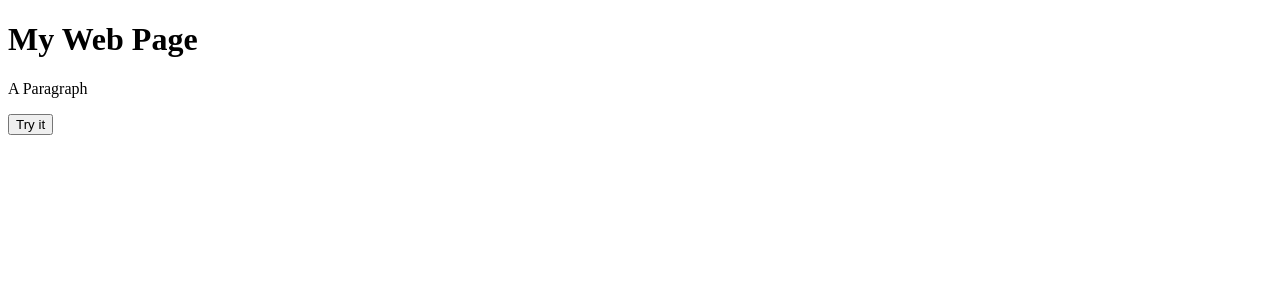
Repository: feefifofannie/SapientNitroTraining
Page: WebProject/WebContent/FormDemo.html
An editor plug-in stored every save of this project. The page is shown before and after the next save, followed by the edit.
The browser window is 1280 px wide. The pictures show the whole page.

Above is the page before, as saved 2015-09-10 09:01:35.

### WebProject/WebContent/FormDemo.html
<!DOCTYPE html>
<html>
<head>
<script>
function myFunction() {
    document.getElementById("demo").innerHTML = "Paragraph changed.";
}
</script>
</head>

<body>

<h1>My Web Page</h1>

<p id="demo">A Paragraph</p>

<button type="button" onclick="myFunction()">Try it</button>

</body>
</html>

After the next save:
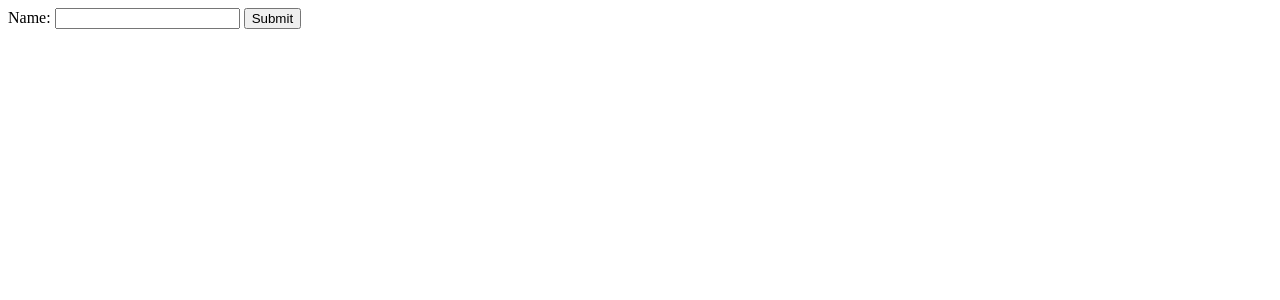
Saved 50 min 12 s later.
--- a/WebProject/WebContent/FormDemo.html
+++ b/WebProject/WebContent/FormDemo.html
@@ -2,19 +2,22 @@
 <html>
 <head>
 <script>
-function myFunction() {
-    document.getElementById("demo").innerHTML = "Paragraph changed.";
+function validateForm() {
+    var x = document.forms["myForm"]["fname"].value;
+    if (x == null || x == "") {
+        alert("Name must be filled out");
+        return false;
+    }
 }
 </script>
 </head>
-
 <body>
 
-<h1>My Web Page</h1>
-
-<p id="demo">A Paragraph</p>
-
-<button type="button" onclick="myFunction()">Try it</button>
+<form name="myForm" action="demo_form.asp"
+onsubmit="return validateForm()" method="post">
+Name: <input type="text" name="fname">
+<input type="submit" value="Submit">
+</form>
 
 </body>
 </html>
